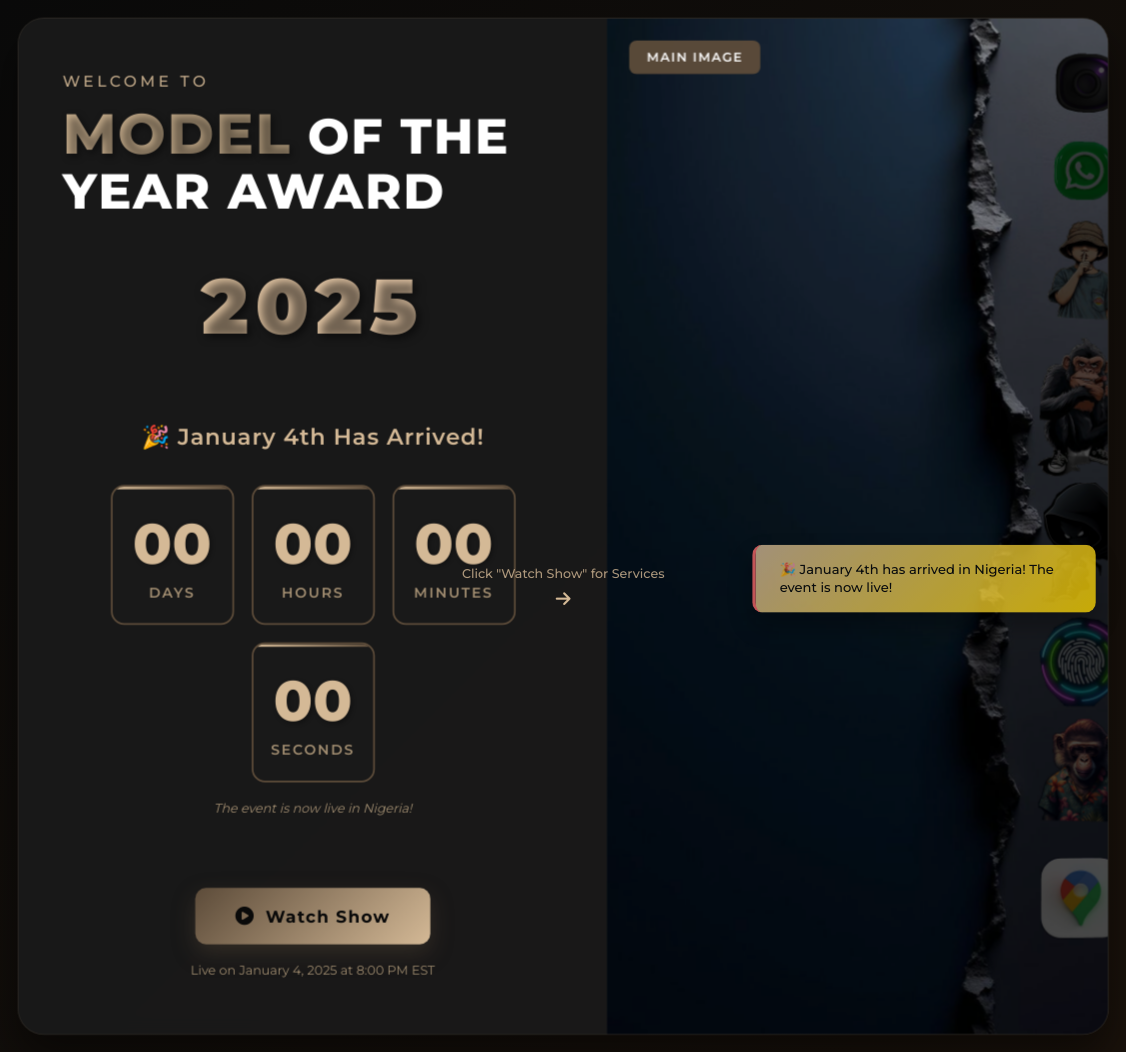
Repository: Madgerald-09/2025yearmodel
Page: index.html
These files come from the project's save history. The page is drawn as it stood at one moment and after the next save; the edit follows.
The browser window is 1280 px wide. The pictures show the whole page, at 88% of full size.

Above is the page before, as saved 2025-12-20 00:49:43.

After the next save:
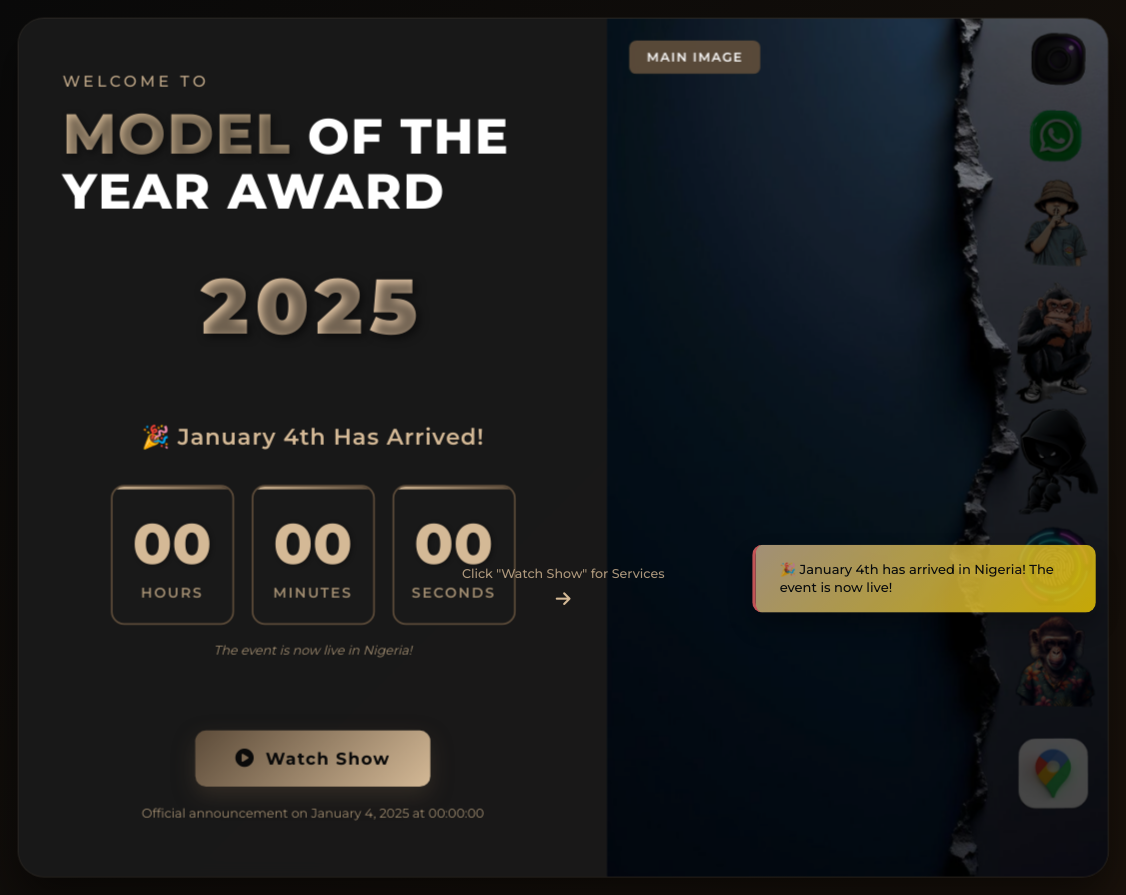
Saved 8 min 31 s later.
--- a/index.html
+++ b/index.html
@@ -20,14 +20,10 @@
                     <div class="year">2025</div>
 
                     <div class="countdown-container">
-                        <h2 class="countdown-title">Launching On January 4th:</h2>
+                        <h2 class="countdown-title" id="countdownTitle">Countdown to January 4th</h2>
                         <div class="countdown">
                             <div class="countdown-item">
-                                <span id="days">00</span>
-                                <div class="countdown-label">Days</div>
-                            </div>
-                            <div class="countdown-item">
-                                <span id="hours">00</span>
+                                <span id="hours">48</span>
                                 <div class="countdown-label">Hours</div>
                             </div>
                             <div class="countdown-item">
@@ -39,7 +35,7 @@
                                 <div class="countdown-label">Seconds</div>
                             </div>
                         </div>
-                        <p class="countdown-note">Countdown to January 4, 2025 at 00:00:00</p>
+                        <p class="countdown-note" id="countdownNote">48-hour countdown until January 4th announcement</p>
                     </div>
 
                     <div class="watch-show-container">
@@ -47,7 +43,7 @@
                             <i class="fas fa-play-circle"></i> Watch Show
                         </a>
                         <div class="show-info">
-                            <p>Live on January 4, 2025 at 8:00 PM EST</p>
+                            <p>Official announcement on January 4, 2025 at 00:00:00</p>
                         </div>
                     </div>
                 </div>
